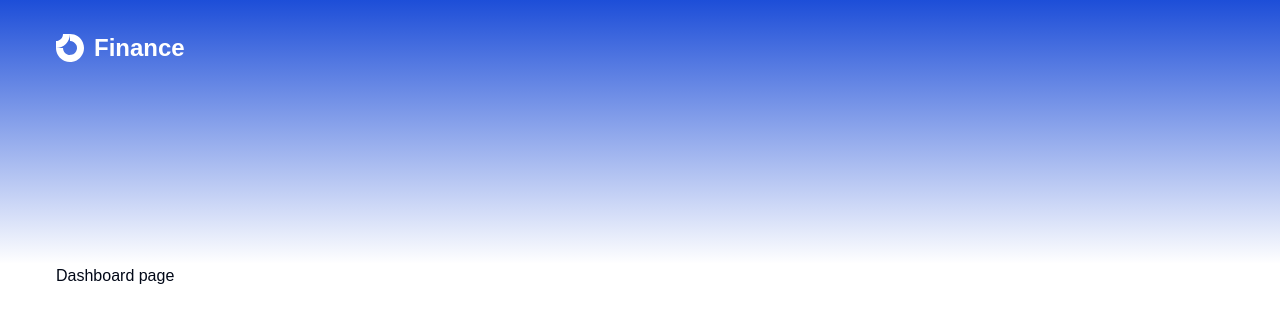
Repository: manucavallera/App-finanzas
Page: /
These files come from the project's save history. The page is drawn as it stood at one moment and after a run of saves; the edit follows.
The browser window is 1280 px wide. The pictures show the whole page.
The page's requests for data from a server got no answer. The project was rebuilt for these pictures with package versions that can differ from the ones it lists, and the page was loaded fresh each time. Some packages were replaced by stand-ins written for this rebuild. The framework's server and built-in components were replaced by stand-ins that run in the browser. No one was signed in, and anything a server would have sent is missing. Also part of the build but not shown: next.config.ts.

Above is the page before, as saved 2025-02-25 19:07:12.

### app/layout.tsx
import type { Metadata } from "next";
import localFont from "next/font/local";
import "./globals.css";
import { ClerkProvider } from "@clerk/nextjs";

const geistSans = localFont({
  src: "./fonts/GeistVF.woff",
  variable: "--font-geist-sans",
  weight: "100 900",
});
const geistMono = localFont({
  src: "./fonts/GeistMonoVF.woff",
  variable: "--font-geist-mono",
  weight: "100 900",
});

export const metadata: Metadata = {
  title: "Create Next App",
  description: "Generated by create next app",
};

export default function RootLayout({
  children,
}: Readonly<{
  children: React.ReactNode;
}>) {
  return (
    <ClerkProvider>
      <html lang='en'>
        <body
          className={`${geistSans.variable} ${geistMono.variable} antialiased`}
        >
          {children}
        </body>
      </html>
    </ClerkProvider>
  );
}

### app/(dashboard)/layout.tsx
import { Header } from "@/components/header";
type Props = {
  children: React.ReactNode;
};

const DashboardLayout = ({ children }: Props) => {
  return (
    <>
      <Header />
      <main className='px-3 lg:px-14'>{children}</main>
    </>
  );
};

export default DashboardLayout;

### app/(dashboard)/page.tsx
import { UserButton } from "@clerk/nextjs";

export default function Home() {
  return (
    <div>
      <h1>Dashboard page </h1>
      <UserButton />
    </div>
  );
}

### components/header.tsx
"use client";

import { HeaderLogo } from "./header-logo";
import { Navigation } from "./navigation";

export const Header = () => {
  return (
    <header className='bg-gradient-to-b from-blue-700 to blue-500 px-4 py-8 lg:px-14 pb-36'>
      <div className='max-w-screen-2xl mx-auto'>
        <div className='w-full flex items-center justify-between mb-14'>
          <div className='flex items-center lg:gap-x-16'>
            <HeaderLogo />
            <Navigation />
          </div>
        </div>
      </div>
    </header>
  );
};

### components/header-logo.tsx
import Link from "next/link";
import Image from "next/image";

export const HeaderLogo = () => {
  return (
    <Link href='/'>
      <div className='items-center hidden lg:flex'>
        <Image src='/logo.svg' alt='Logo' width={28} height={28} />
        <p className='font-semibold text-white text-2xl ml-2.5'>Finance</p>
      </div>
    </Link>
  );
};

### components/navigation.tsx
"use client";

import { usePathname } from "next/navigation";
import { NavButton } from "./nav-button";

const routes = [
  {
    href: "/",
    label: "Overview",
  },
  {
    href: "/transactions",
    label: "Transactions",
  },
  {
    href: "/categories",
    label: "Categories",
  },
  {
    href: "/settings",
    label: "Settings",
  },
];

export const Navigation = () => {
  const pathname = usePathname();
  return (
    <nav className='hidden lg:items-center gap-x-2 overflow-x-auto'>
      {routes.map((route) => (
        <NavButton
          key={route.href}
          href={route.href}
          label={route.label}
          isActive={usePathname() === route.href}
        />
      ))}
    </nav>
  );
};

### components/nav-button.tsx
import Link from "next/link";
import { cn } from "@/lib/utils";
import { Button } from "./ui/button";

type Props = {
  href: string;
  label: string;
  isActive: boolean;
};

export const NavButton = ({ href, label, isActive }: Props) => {
  return (
    <Button
      asChild
      variant='outline'
      size={"sm"}
      className={cn(
        "w-full lg:w-auto justify-between font-normal hover:bg-white/20 hover:text-white border-none focus-visible:ring-offset-0 focus-visible:ring-transparent outline-none text-white focus:bg-white/30 transition",
        isActive ? "bg-white/20 text-white" : "bg-transparent"
      )}
    >
      <Link href={href}>{label}</Link>
    </Button>
  );
};

### components/ui/button.tsx
import * as React from "react";
import { Slot } from "@radix-ui/react-slot";
import { cva, type VariantProps } from "class-variance-authority";

import { cn } from "@/lib/utils";

const buttonVariants = cva(
  "inline-flex items-center justify-center gap-2 whitespace-nowrap rounded-md text-sm font-medium transition-colors focus-visible:outline-none focus-visible:ring-1 focus-visible:ring-ring disabled:pointer-events-none disabled:opacity-50 [&_svg]:pointer-events-none [&_svg]:size-4 [&_svg]:shrink-0",
  {
    variants: {
      variant: {
        blue: "bg-blue-600 text-white",
        default:
          "bg-primary text-primary-foreground shadow hover:bg-primary/90",
        destructive:
          "bg-destructive text-destructive-foreground shadow-sm hover:bg-destructive/90",
        outline:
          "border border-input bg-background shadow-sm hover:bg-accent hover:text-accent-foreground",
        secondary:
          "bg-secondary text-secondary-foreground shadow-sm hover:bg-secondary/80",
        ghost: "hover:bg-accent hover:text-accent-foreground",
        link: "text-primary underline-offset-4 hover:underline",
      },
      size: {
        default: "h-9 px-4 py-2",
        sm: "h-8 rounded-md px-3 text-xs",
        lg: "h-10 rounded-md px-8",
        icon: "h-9 w-9",
      },
    },
    defaultVariants: {
      variant: "default",
      size: "default",
    },
  }
);

export interface ButtonProps
  extends React.ButtonHTMLAttributes<HTMLButtonElement>,
    VariantProps<typeof buttonVariants> {
  asChild?: boolean;
}

const Button = React.forwardRef<HTMLButtonElement, ButtonProps>(
  ({ className, variant, size, asChild = false, ...props }, ref) => {
    const Comp = asChild ? Slot : "button";
    return (
      <Comp
        className={cn(buttonVariants({ variant, size, className }))}
        ref={ref}
        {...props}
      />
    );
  }
);
Button.displayName = "Button";

export { Button, buttonVariants };

Loaded but not shown: app/globals.css (common file); lib/utils.ts (common file); tailwind.config.ts (common file)

After the next 3 saves:
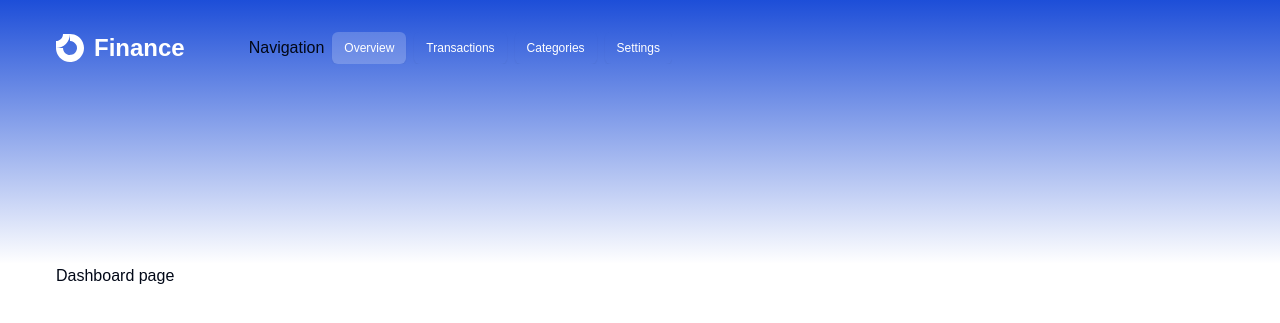
The 3 saves are shown as one change because 2 did not build or start.
The last was saved 7 min 14 s later.
--- a/components/navigation.tsx
+++ b/components/navigation.tsx
@@ -25,13 +25,14 @@ const routes = [
 export const Navigation = () => {
   const pathname = usePathname();
   return (
-    <nav className='hidden lg:items-center gap-x-2 overflow-x-auto'>
+    <nav className='hidden lg:flex items-center gap-x-2 overflow-x-auto'>
+      Navigation
       {routes.map((route) => (
         <NavButton
           key={route.href}
           href={route.href}
           label={route.label}
-          isActive={usePathname() === route.href}
+          isActive={pathname === route.href}
         />
       ))}
     </nav>
